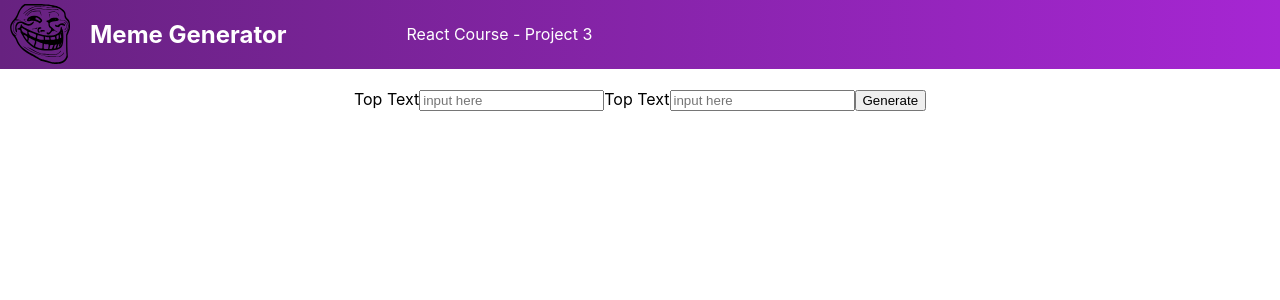
Repository: mortiestmorty1/meme-generator-react
Page: /
The author's editor kept a copy of each file at every save. The page is drawn from the files as they stood at one save, then again after the next save.
The browser window is 1280 px wide. The pictures show the whole page.
The project was rebuilt for these pictures with package versions that can differ from the ones it lists, and the page was loaded fresh each time.

Above is the page before, as saved 2024-01-17 19:13:59.

### src/index.css
body {
  margin: 0;
  font-family: -apple-system, BlinkMacSystemFont, 'Segoe UI', 'Roboto', 'Oxygen',
    'Ubuntu', 'Cantarell', 'Fira Sans', 'Droid Sans', 'Helvetica Neue',
    sans-serif;
  -webkit-font-smoothing: antialiased;
  -moz-osx-font-smoothing: grayscale;
}

code {
  font-family: source-code-pro, Menlo, Monaco, Consolas, 'Courier New',
    monospace;
}
* {
  box-sizing: border-box;
  }

### src/App.js
import logo from './logo.svg';
import './App.css';
import React from "react";
import Navbar from "./components/Navbar";
import Inputs from "./components/inputs";
function App() {
  return (
    <div className="App">
      <Navbar />
      <Inputs />
    </div>
  );
}

export default App;

### src/App.css
.nav-container {
  display: flex;
  justify-content: space-between;
  align-items: center;
  background: linear-gradient(to right, #672280,#A626D3);
  }
  .image{
    width: 60px;
    height: 60px;
    margin-left: 10px;
  }
  .navbar{
    display: flex;
    justify-content: space-around;
    align-items: center;
    margin-right: 10px;
    color: white;
  }
  .navbar h1{
    margin-right: 20px;
    margin-left: 20px;
  }
  .info{
    margin-left: 100px;
  }
  .inputs-container{
    display: flex;
    justify-content: space-around;
    align-items: center;
    margin-top: 20px;
  }

### src/components/Navbar.js
import React from "react";
import Troll from "./Troll-Face.svg";
import "../App.css";
function Navbar(){
    return(
        <div className="nav-container">
            <nav className="navbar">
                <img src={Troll} className="image" alt="Troll Face" />
                <h1>Meme Generator</h1>
                <section className="info">
                    <p>React Course - Project 3</p>
                </section>
            </nav>
        </div>
    )
}

export default Navbar;

### src/components/inputs.js
import React from "react";
import "../App.css";

function Inputs(){
    return(
        <div className="inputs-container">
            <form className="inputs">
                <label className="top">Top Text</label>
                <input  className="topinput" type="text" placeholder="input here" />
                <label className="bottom">Top Text</label>
                <input className="bottominput" type="text" placeholder="input here" />
                <button>Generate</button>
            </form>
        </div>
    )
}

export default Inputs;

Loaded but not shown: public/index.html (common file); src/index.js (common file); src/reportWebVitals.js (common file)

After the next save:
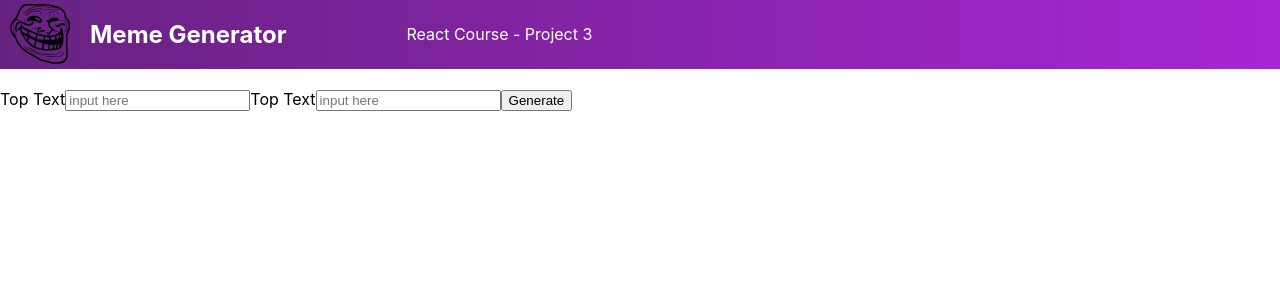
Saved 21 s later.
--- a/src/App.css
+++ b/src/App.css
@@ -24,8 +24,6 @@
     margin-left: 100px;
   }
   .inputs-container{
-    display: flex;
-    justify-content: space-around;
-    align-items: center;
+
     margin-top: 20px;
   }
